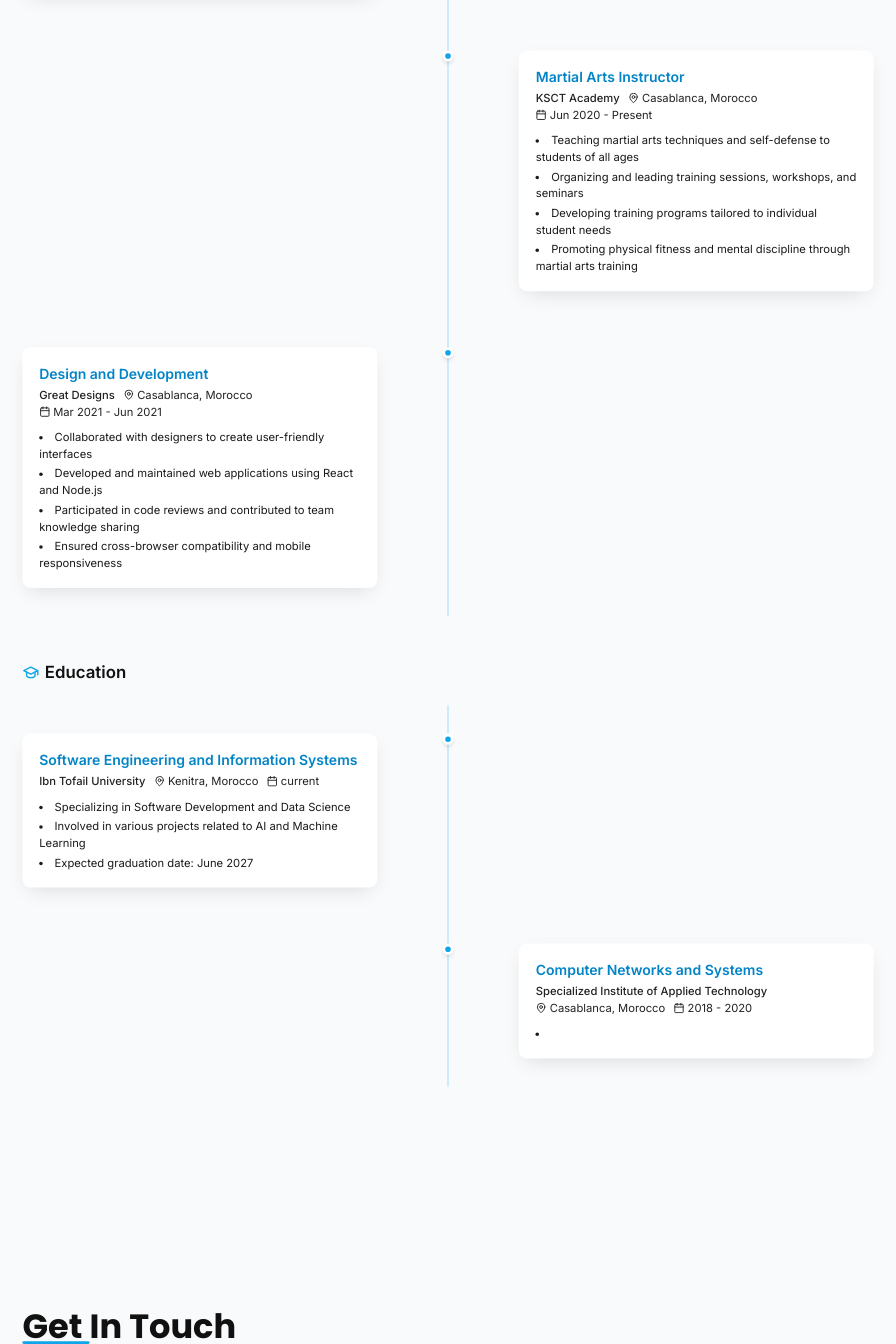
Repository: Abdelilah-Lakrim/Personal_Portfolio
Page: /
An editor plug-in stored every save of this project. The page is shown before and after a run of saves, followed by the edit.
The browser window is 1280 px wide. The pictures show the part of the page from y = 4580 to 6500 px (the page is 7825 px tall before and 7901 px after), at 70% of full size.
The project was rebuilt for these pictures with package versions that can differ from the ones it lists, and the page was loaded fresh each time. Also part of the build but not shown: vite.config.ts.

Above is the page before, as saved 2025-05-21 12:52:45.

After the next 2 saves:
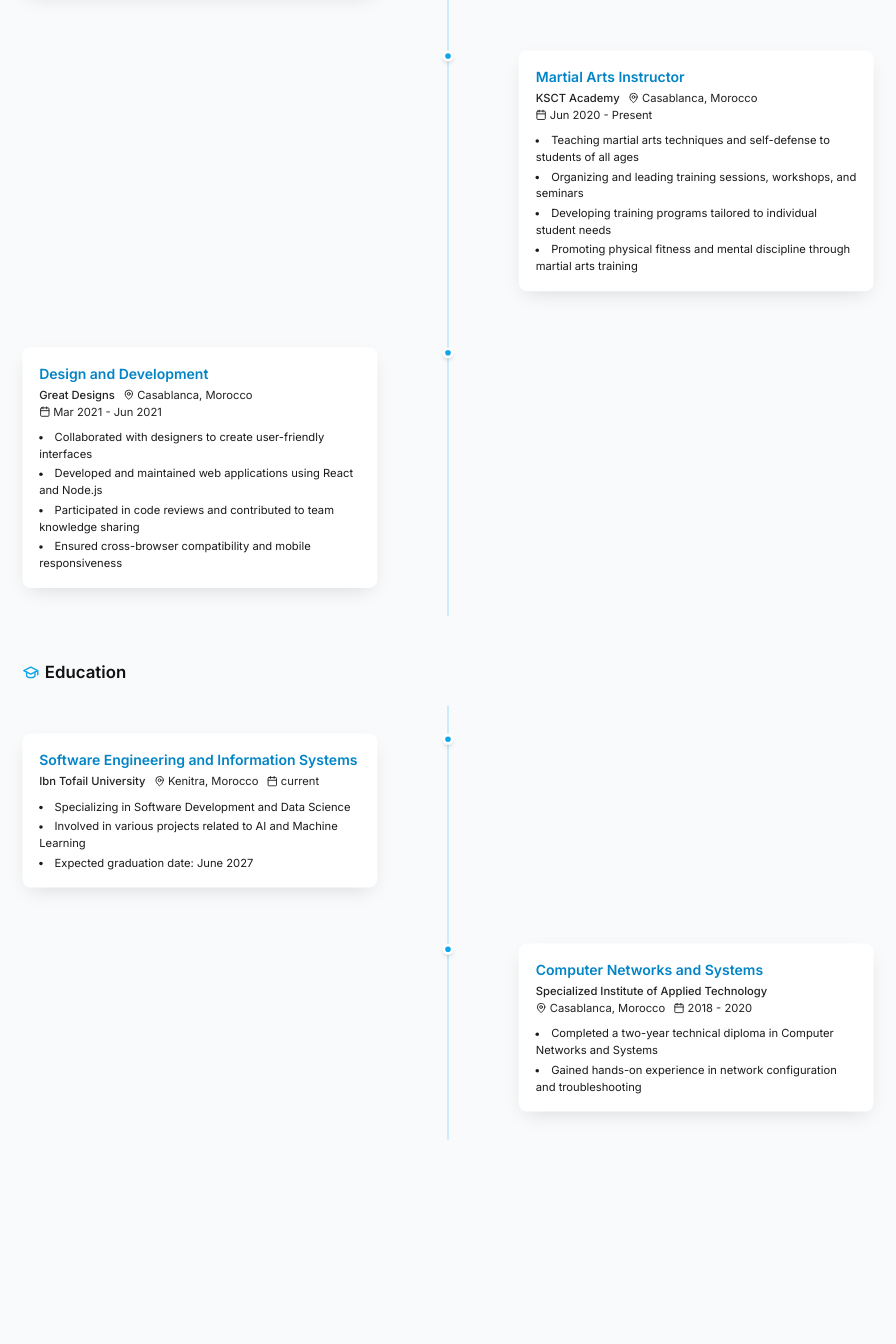
The 2 saves are shown as one change because they came seconds apart.
The last was saved 7 s later.
--- a/src/components/Experience.tsx
+++ b/src/components/Experience.tsx
@@ -75,7 +75,8 @@ const Experience: React.FC = () => {
       location: 'Casablanca, Morocco',
       duration: '2018 - 2020',
       description: [
-        ''
+        'Completed a two-year technical diploma in Computer Networks and Systems',
+        'Gained hands-on experience in network configuration and troubleshooting',
       ],
     },
   ];
